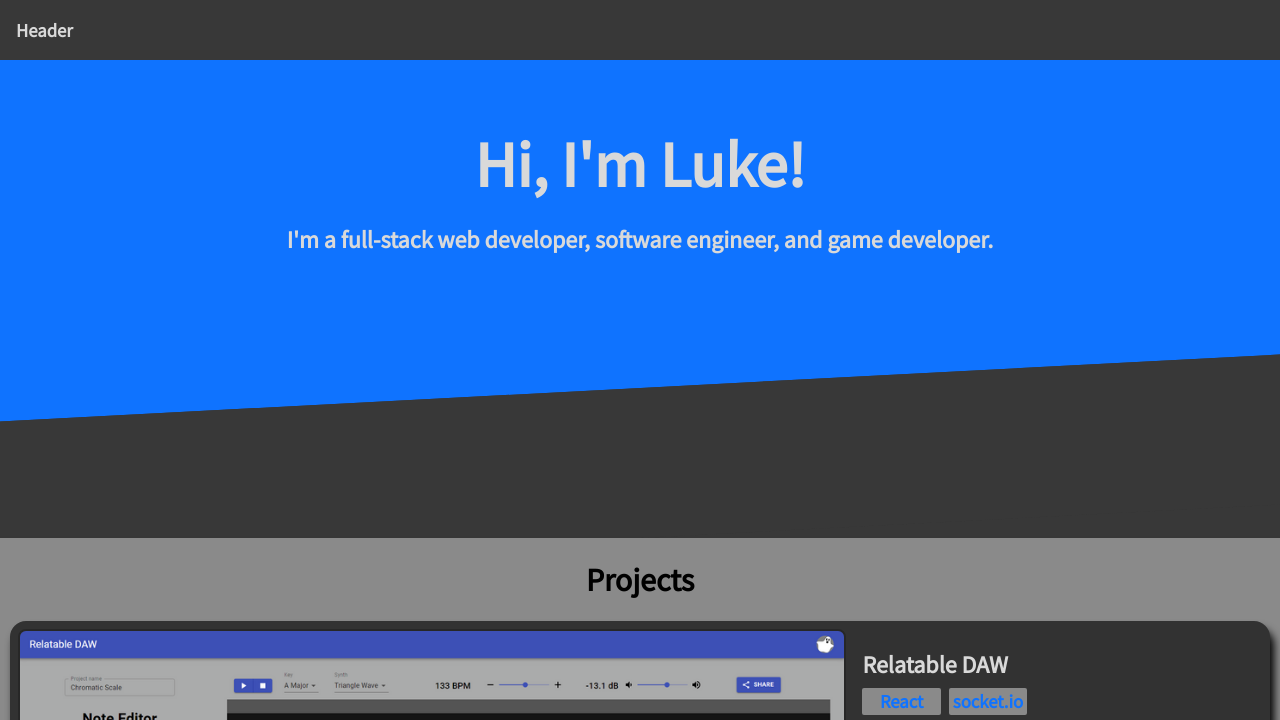
Repository: lbodwell/Personal-Website
Page: index.html
These files come from the project's save history. The page is drawn as it stood at one moment and after a run of saves; the edit follows.
The browser window is 1280 px wide. The pictures show the whole page.
An inner scrolling area shows only its first screen.

Above is the page before, as saved 2022-04-04 19:47:01.

After the next 2 saves:
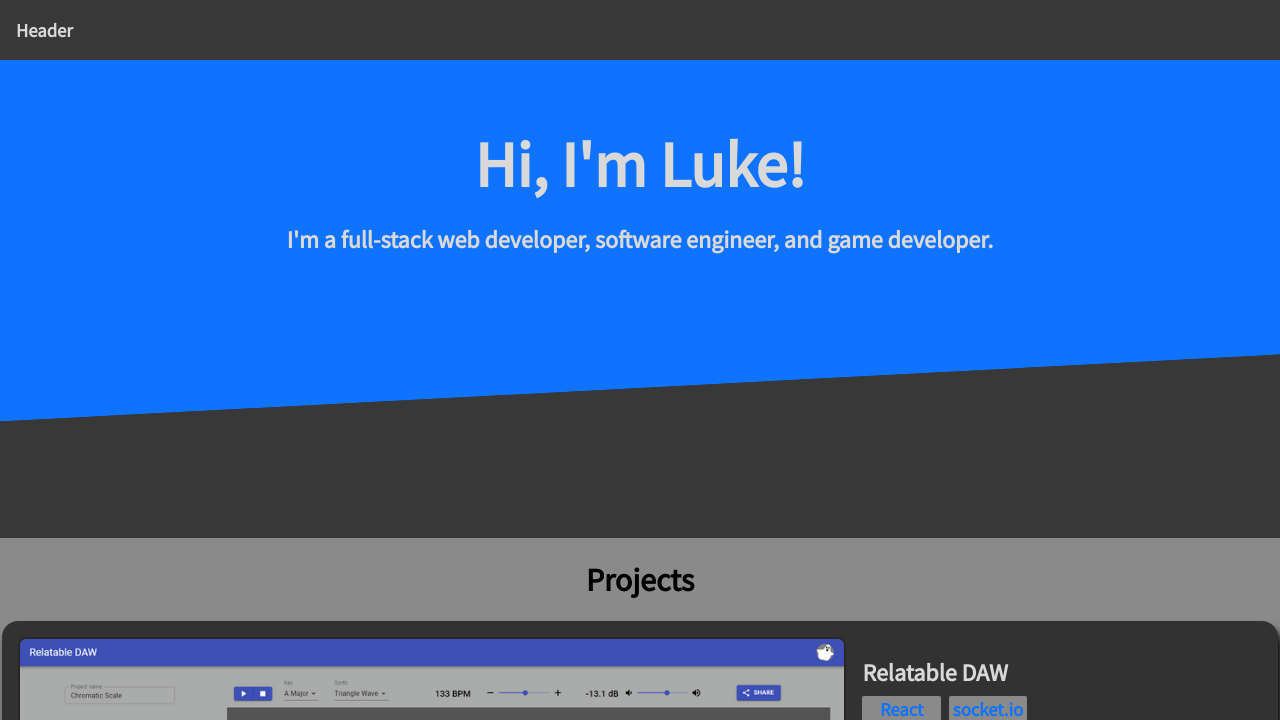
The 2 saves are shown as one change because they came seconds apart.
The last was saved 47 s later.
--- a/styles.css
+++ b/styles.css
@@ -72,7 +72,7 @@
     width: auto;
     height: 400px;
     margin-bottom: 1rem;
-    padding: 0.5rem;
+    padding: 1rem;
     background-color: #323232;
     border-radius: 16px;
     filter: drop-shadow(4px 8px 4px black);

After the save that followed:
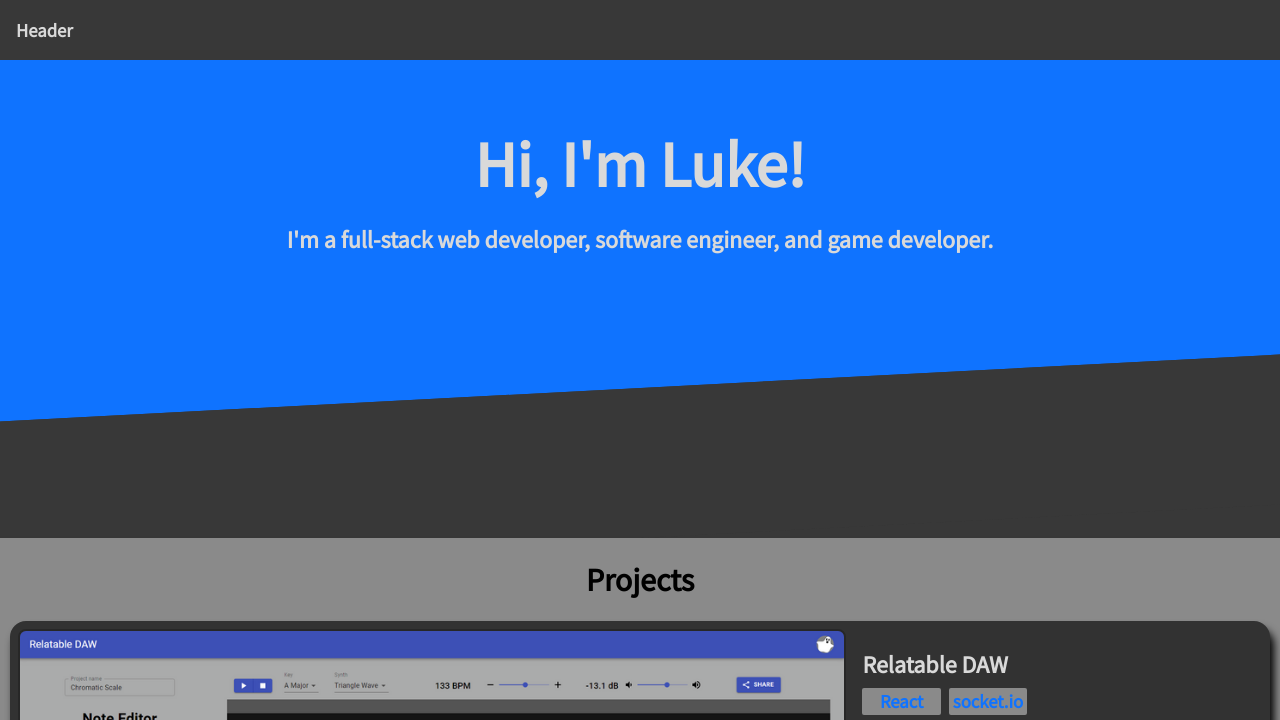
Saved 4 s later.
--- a/styles.css
+++ b/styles.css
@@ -72,7 +72,7 @@
     width: auto;
     height: 400px;
     margin-bottom: 1rem;
-    padding: 1rem;
+    padding: 0.5rem;
     background-color: #323232;
     border-radius: 16px;
     filter: drop-shadow(4px 8px 4px black);
